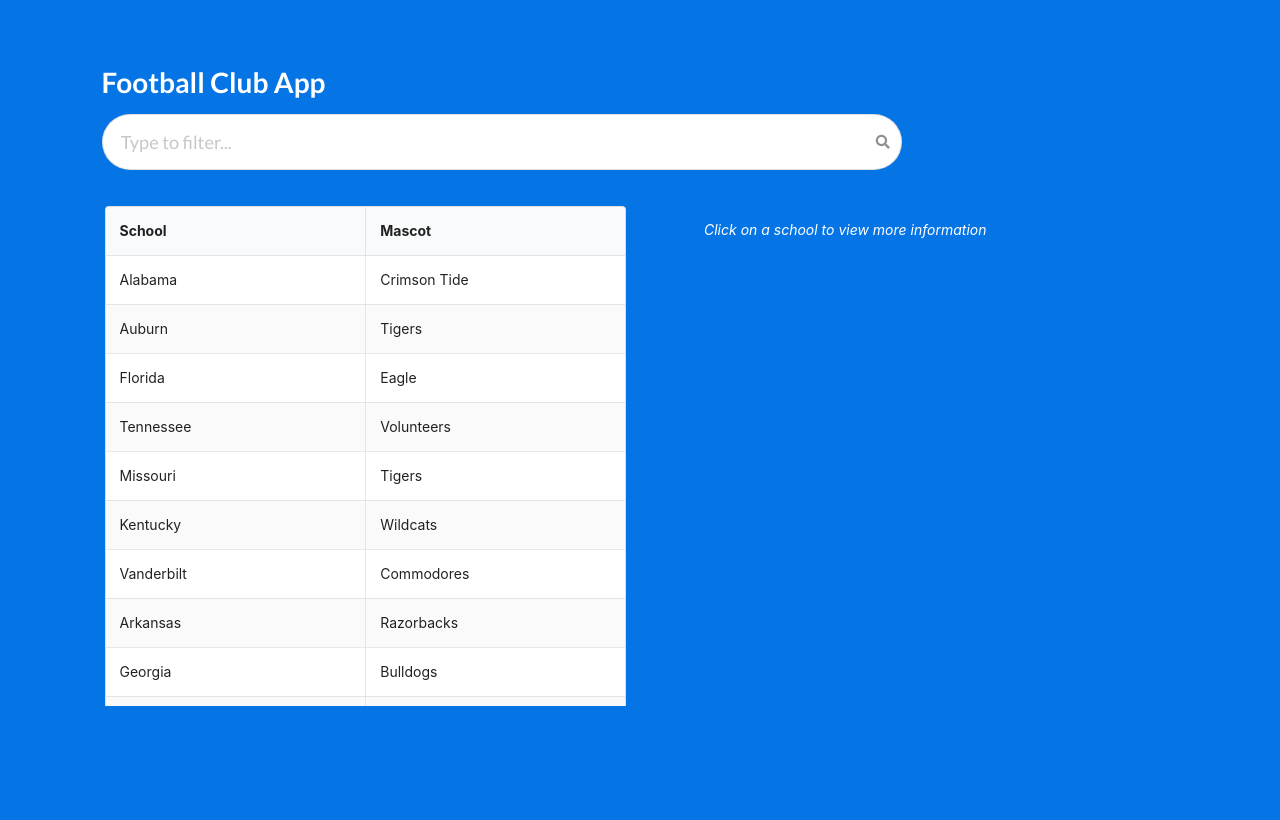
Repository: edwarddubi/Bootcamp_4_React
Page: / (app in bootcamp-4-react/)
The author's editor kept a copy of each file at every save. The page is drawn from the files as they stood at one save, then again after a run of saves.
The browser window is 1280 px wide. The pictures show the whole page.
An inner scrolling area shows only its first screen. The project was rebuilt for these pictures with package versions that can differ from the ones it lists, and the page was loaded fresh each time.

Above is the page before, as saved 2020-07-14 11:03:38.

After the next 5 saves:
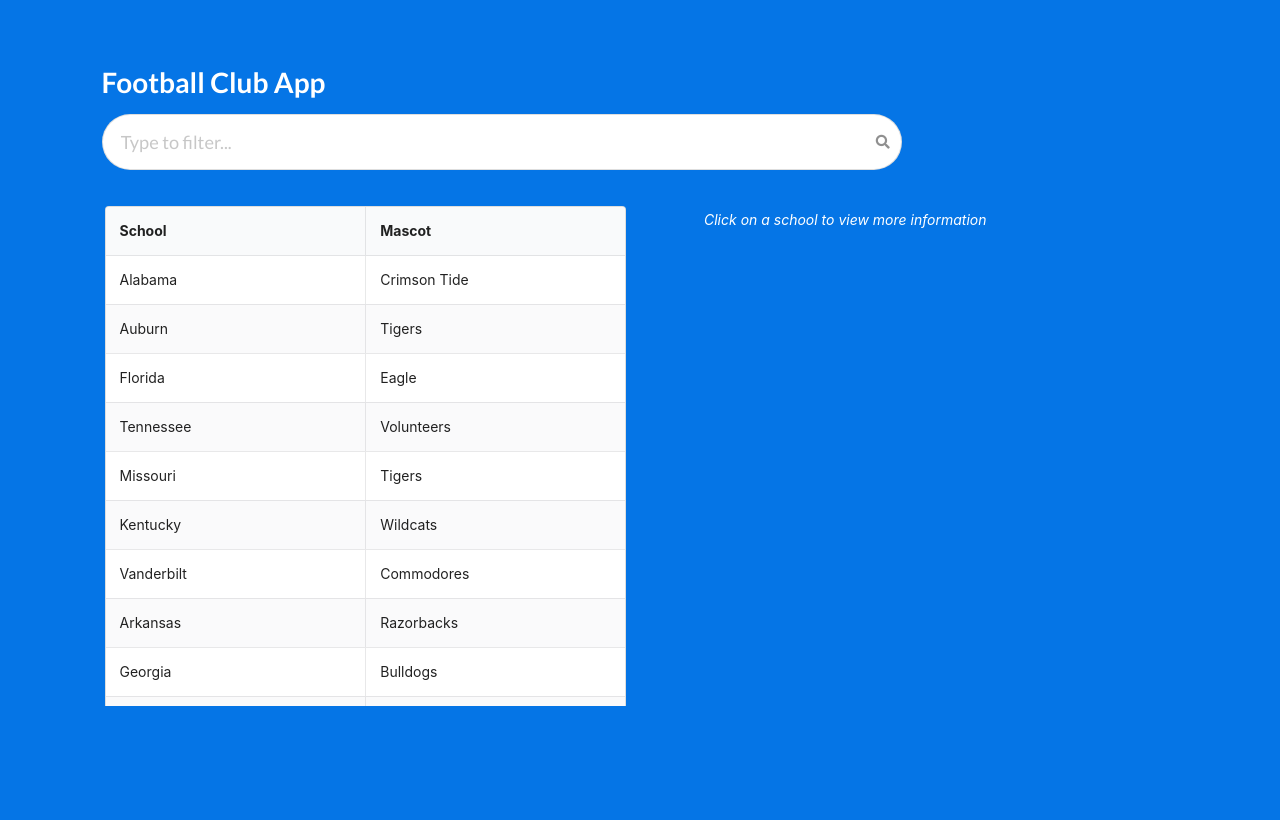
The 5 saves are shown as one change because 1 did not build or start and some came seconds apart.
The last was saved 14 s later.
--- a/bootcamp-4-react/src/App.js
+++ b/bootcamp-4-react/src/App.js
@@ -46,7 +46,7 @@
                 </table>
               </div>
 
-              <div style={{ width: "50%", marginLeft:"50px" }} class="six wide column">
+              <div style={{ width: "50%", marginLeft:"50px", marginTop:"-10px" }} class="six wide column">
                 <ViewFootballClub data={data} />
               </div>
 
